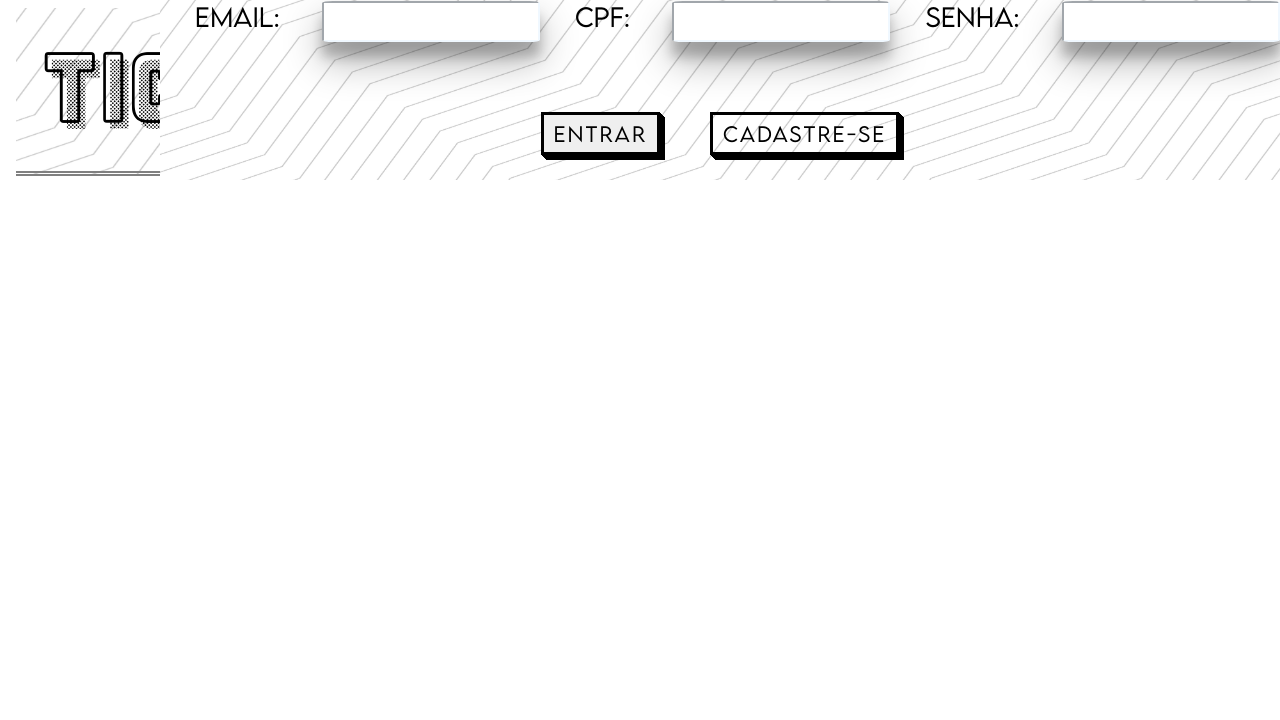
Repository: hellengurgaczz/projeto-DSA
Page: /
The author's editor kept a copy of each file at every save. The page is drawn from the files as they stood at one save, then again after the next save.
The browser window is 1280 px wide. The pictures show the whole page.
The project was rebuilt for these pictures with package versions that can differ from the ones it lists, and the page was loaded fresh each time. Also part of the build but not shown: angular.json, src/app/ingressos/templates/cadastrar/cadastrar.component.ts, src/app/models/ingresso.model.ts, src/app/services/ingresso.service.ts, src/app/compra/comprar-ingresso/comprar-ingresso.component.ts, src/app/models/compra.model.ts, src/app/services/compra.service.ts, src/app/ingressos/templates/deletar/deletar.component.ts and 3 more.

Above is the page before, as saved 2022-05-20 11:20:24.

### src/index.html
<!doctype html>
<html lang="en">
<head>
  <meta charset="utf-8">
  <title>ProjetoDSA</title>
  <base href="/">
  <meta name="viewport" content="width=device-width, initial-scale=1">
  <link rel="icon" type="image/x-icon" href="favicon.ico">
</head>
<body>
  <app-root></app-root>
</body>
</html>

### src/app/app.module.ts
import { NgModule } from '@angular/core';
import { BrowserModule } from '@angular/platform-browser';
import { HttpClientModule } from '@angular/common/http';

import { AppRoutingModule } from './app-routing.module';
import { BrowserAnimationsModule } from '@angular/platform-browser/animations';
import { AppComponent } from './app.component';
import { HeaderComponent } from './ingressos/templates/header/header.component';
import { CadastrarComponent } from './ingressos/templates/cadastrar/cadastrar.component';
import { ListarComponent } from './ingressos/templates/listar/listar.component';
import { DeletarComponent } from './ingressos/templates/deletar/deletar.component';
import { EditarComponent } from './ingressos/templates/editar/editar.component';

// imports angular material

import { FormsModule } from '@angular/forms';
import { ComprarIngressoComponent } from './compra/comprar-ingresso/comprar-ingresso.component';
import { LoginComponent } from './login/login.component';
import { LoginCadastroComponent } from './login/login-cadastro/login-cadastro.component';


@NgModule({
  imports: [
    BrowserModule,
    AppRoutingModule,
    HttpClientModule,
    BrowserAnimationsModule,
    FormsModule
  ],
  declarations: [
    AppComponent,
    HeaderComponent,
    CadastrarComponent,
    ListarComponent,
    DeletarComponent,
    EditarComponent,
    ComprarIngressoComponent,
    LoginComponent,
    LoginCadastroComponent
  ],
  providers: [],
  bootstrap: [AppComponent]
})
export class AppModule { }

### src/app/app-routing.module.ts
import { NgModule } from '@angular/core';
import { RouterModule, Routes } from '@angular/router';
import { CadastrarComponent } from './ingressos/templates/cadastrar/cadastrar.component';
import { ComprarIngressoComponent } from './compra/comprar-ingresso/comprar-ingresso.component';
import { DeletarComponent } from './ingressos/templates/deletar/deletar.component';
import { EditarComponent } from './ingressos/templates/editar/editar.component';
import { ListarComponent } from './ingressos/templates/listar/listar.component';
import { LoginComponent } from './login/login.component';
import { LoginCadastroComponent } from './login/login-cadastro/login-cadastro.component';

const routes: Routes = [
  {path: "", component: LoginComponent},
  {path: "cadastrar", component: CadastrarComponent},
  {path: "listar", component: ListarComponent},
  {path: "editar/:id", component: EditarComponent},
  {path: "deletar/:id", component: DeletarComponent},
  {path: "comprar/:id", component: ComprarIngressoComponent},
  {path: "login", component: LoginComponent},
  {path: "login/cadastro", component: LoginCadastroComponent}
];

@NgModule({
  imports: [RouterModule.forRoot(routes)],
  exports: [RouterModule]
})

export class AppRoutingModule { }

### src/app/app.component.ts
import { Component } from '@angular/core';

@Component({
  selector: 'app-root',
  templateUrl: './app.component.html',
  styleUrls: ['./app.component.css']
})
export class AppComponent {
  title = 'projeto-DSA';
}

### src/app/login/login.component.ts
import { Component, OnInit } from '@angular/core';
import { ActivatedRoute, Router } from '@angular/router';
import { Login } from '../models/login.model';
import { LoginService } from '../services/login.service';

@Component({
  selector: 'app-login',
  templateUrl: './login.component.html',
  styleUrls: ['./login.component.css']
})
export class LoginComponent implements OnInit {

  login: Login = new Login();

  constructor(private loginService: LoginService, private router: Router, private route: ActivatedRoute) { }

  ngOnInit(): void {

  }

  verificarLogin() {
    this.loginService.verificarLogin();

    if(this.login && this.login.senha === this.login.senha) {
      this.router.navigate(['/listar']);
    }
  }

}

### src/app/app.component.html
<body>
  <app-header></app-header>

  <main>

    <router-outlet></router-outlet>

  </main>
</body>

### src/app/app.component.css
body {
    background-color: rgba(146, 132, 132, 0.151);
}

### src/app/ingressos/templates/header/header.component.html

<div class="header">
    <div class="titulo">
        <h1 style="font-weight: lighter;">
            TICKET4YOU
        </h1>
        <h4 class="desc">
           Garanta já essa experiência inesquecível!
        </h4>
    </div>
    <div class="login">
        <a routerLink="./login">Entrar</a>
    </div>
</div>

### src/app/ingressos/templates/header/header.component.css
.header {
    display: flex;
    flex-direction: column end;
    background-image: url(../fonts/SL_042620_30310_10.jpg);
    background-size: cover;
    border-bottom: 5px double grey;
}

.titulo {
    display: flex;
    width: 95%;
    align-items: center;
    justify-content: center;
    flex-direction: column end;
    font-size: 25px;
    font-family:AMP;
    margin-left: 15px;
}

.desc{
  font-family: Sacramento;
  font-size: 32px;
  font-weight: normal;
  margin-left: 25px;
  text-shadow: 2px 1px grey;
}

.login {
    display: flex;
    flex-direction: column;
    justify-content: center;
    align-items: center;
}

a{
  padding: 0.6em 2em;
  border: none;
  text-decoration: none;
  font-family: LEMONMILK-Light;
  font-size: 15px;
  outline: none;
  color: rgb(0, 0, 0);
  background: rgb(255, 255, 255);
  cursor: pointer;
  position: relative;
  z-index: 0;
  border-radius: 10px;
  user-select: none;
  -webkit-user-select: none;
  touch-action: manipulation;
}

a::before{
  content: "";
  background: linear-gradient(
    45deg,
    #ff0000,
    #ff7300,
    #fffb00,
    #48ff00,
    #00ffd5,
    #002bff,
    #7a00ff,
    #ff00c8,
    #ff0000
  );
  position: absolute;
  top: -2px;
  left: -2px;
  background-size: 400%;
  z-index: -1;
  filter: blur(5px);
  -webkit-filter: blur(5px);
  width: calc(100% + 4px);
  height: calc(100% + 4px);
  animation: glowing-button-85 20s linear infinite;
  transition: opacity 0.3s ease-in-out;
  border-radius: 10px;
}

a::after{
  z-index: -1;
  content: "";
  position: absolute;
  width: 100%;
  height: 100%;
  background: rgb(255, 255, 255);
  left: 0;
  top: 0;
  border-radius: 10px;
}

@font-face{
  font-family: AMP;
  src:url(../fonts/AMP.ttf)
}

@font-face{
  font-family: LEMONMILK-Light;
  src: url(../fonts/LEMONMILK-Light.otf);
}

@font-face{
  font-family: Sacramento;
  src: url(../fonts/Handlee-Regular.ttf);
}

@keyframes glowing-button-85 {
  0% {
    background-position: 0 0;
  }
  50% {
    background-position: 400% 0;
  }
  100% {
    background-position: 0 0;
  }
}

### src/app/models/login.model.ts
export class Login {
    id: number = 0;
    email?: string;
    senha?: string;
    cpf?: string;
}

### src/app/services/login.service.ts
import { HttpClient } from '@angular/common/http';
import { Injectable } from '@angular/core';
import { ActivatedRoute, Router } from '@angular/router';
import { Observable } from 'rxjs';
import { Login } from '../models/login.model';

@Injectable({
  providedIn: 'root'
})
export class LoginService {

  login: Login = new Login();

  constructor(private http: HttpClient, private router: Router, private route: ActivatedRoute) { }

  URL = "http://localhost:3001/logins";

    buscarLogin(email : String) : Observable<Login>{
      return this.http.get<Login>(this.URL + "/");
    }

    cadastrarLogin(login : Login) : Observable<any> {
      console.log(login)
      return this.http.post(this.URL, login);
    }

    verificarLogin() {
      const email = this.route.snapshot.paramMap.get("email");
      this.buscarLogin(String(email)).subscribe((login) =>{
        this.login = login;
        return login;
      });
    }
}

### src/app/login/login.component.html
<div class="all">
    <label class="email" for="email">Email: </label>
    <input type="text"  name="email" [(ngModel)]="login.email">

    <label class="cpf" for="cpf">CPF: </label>
    <input type="text"  name="cpf" [(ngModel)]="login.cpf">

    <label class="senha" for="senha">Senha: </label>
    <input type="password"  name="email"[(ngModel)]="login.senha">

    <div>
        <button (click)="verificarLogin()">Entrar</button>
        <a routerLink="../login/cadastro">Cadastre-se</a>
    </div>
</div>

### src/app/login/login.component.css
.all{
  font-family: LEMONMILKLight;
  font-size: 25px;
  text-align: center;
  position: absolute;
  top: 0px;
  right: 0px;

  background-image: url(../login/fonts/SL_042620_30310_10.jpg);
  background-size: cover;
}

input{
  padding: 10px;
  border-radius: 5%;
  box-shadow: rgba(0, 0, 0, 0.3) 0px 19px 38px, rgba(0, 0, 0, 0.22) 0px 15px 12px;
  border-color: aliceblue;
  font-family: LEMONMILKLight;
  margin-bottom: 45px;
}

.email, .senha, .cpf{
  margin: 35px;
}


button{
  font-family: LEMONMILKLight;
  font-size: 20px;
  letter-spacing: 2px;
  text-decoration: none;
  text-transform: uppercase;
  color: #000;
  cursor: pointer;
  border: 3px solid;
  padding: 0.25em 0.5em;
  box-shadow: 1px 1px 0px 0px, 2px 2px 0px 0px, 3px 3px 0px 0px, 4px 4px 0px 0px, 5px 5px 0px 0px;
  position: relative;
  user-select: none;
  -webkit-user-select: none;
  touch-action: manipulation;
  margin: 25px;
}

button:active{
  box-shadow: 0px 0px 0px 0px;
  top: 5px;
  left: 5px;
}

a{
  font-family: LEMONMILKLight;
  font-size: 20px;
  letter-spacing: 2px;
  text-decoration: none;
  text-transform: uppercase;
  color: black;
  cursor: pointer;
  border: 3px solid;
  padding: 0.25em 0.5em;
  box-shadow: 1px 1px 0px 0px, 2px 2px 0px 0px, 3px 3px 0px 0px, 4px 4px 0px 0px, 5px 5px 0px 0px;
  position: relative;
  user-select: none;
  -webkit-user-select: none;
  touch-action: manipulation;
  margin: 25px;
}

a:active{
  box-shadow: 0px 0px 0px 0px;
  top: 5px;
  left: 5px;
}

@font-face{
  font-family: LEMONMILKLight;
  src: url(fonts/LEMONMILK-Light.otf);
}

Loaded but not shown: src/styles.css (common file); src/main.ts (common file); src/environments/environment.ts (common file); src/app/ingressos/templates/header/header.component.ts (common file)

After the next save:
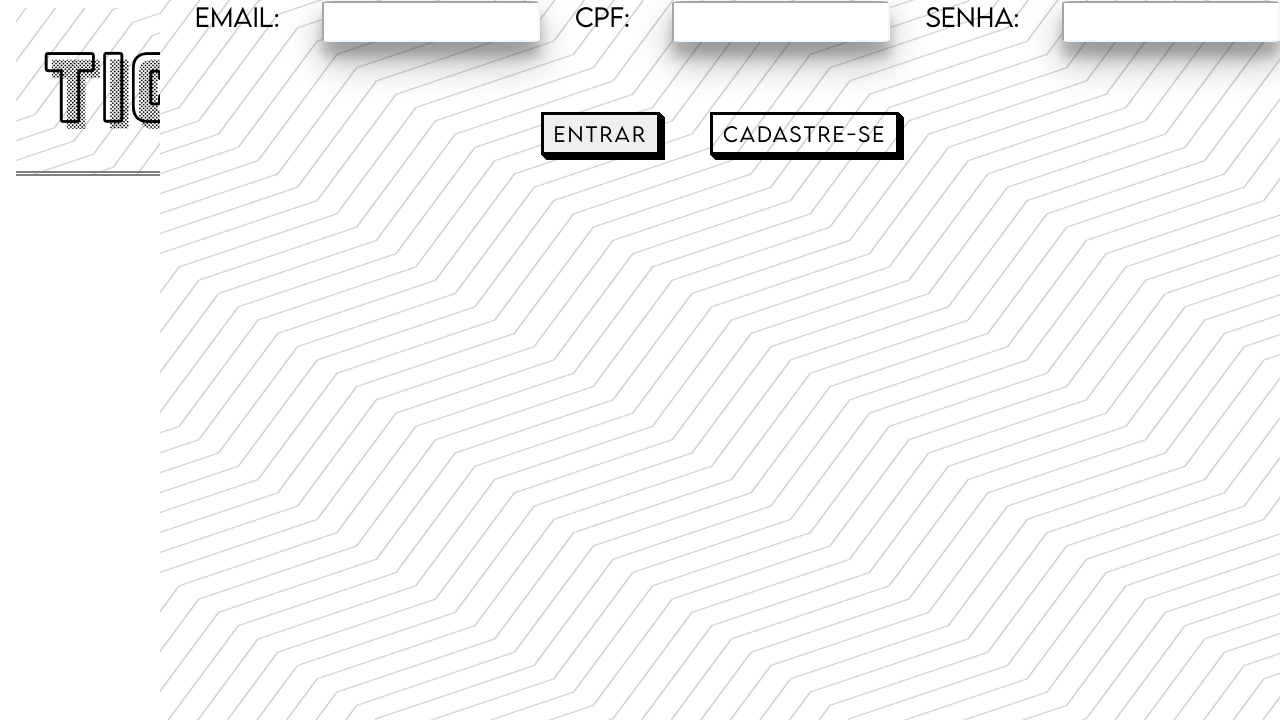
Saved 5 s later.
--- a/src/app/login/login.component.css
+++ b/src/app/login/login.component.css
@@ -5,6 +5,7 @@
   position: absolute;
   top: 0px;
   right: 0px;
+  bottom: 0px;
 
   background-image: url(../login/fonts/SL_042620_30310_10.jpg);
   background-size: cover;
